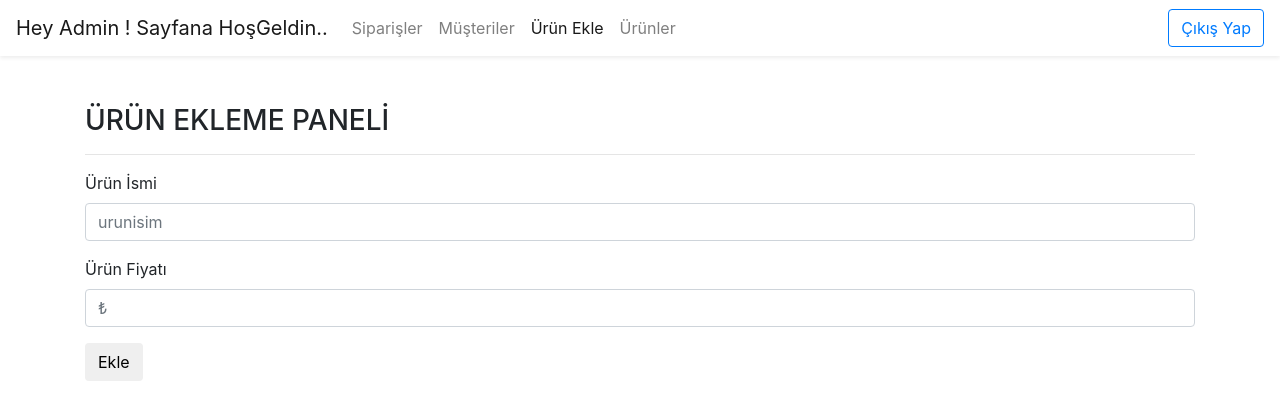
Repository: NergisAktug/E-Commerce-PythonWithFlask-Sqlite3
Page: http://localhost/urunEkle
These files come from the project's save history. The page is drawn as it stood at one moment and after the next save; the edit follows.
The browser window is 1280 px wide. The pictures show the whole page.
Some web libraries are served in a nearby version. The page is served by the project's application, run on Flask 3 (app.py).

Above is the page before, as saved 2018-12-08 15:36:39.

After the next save:
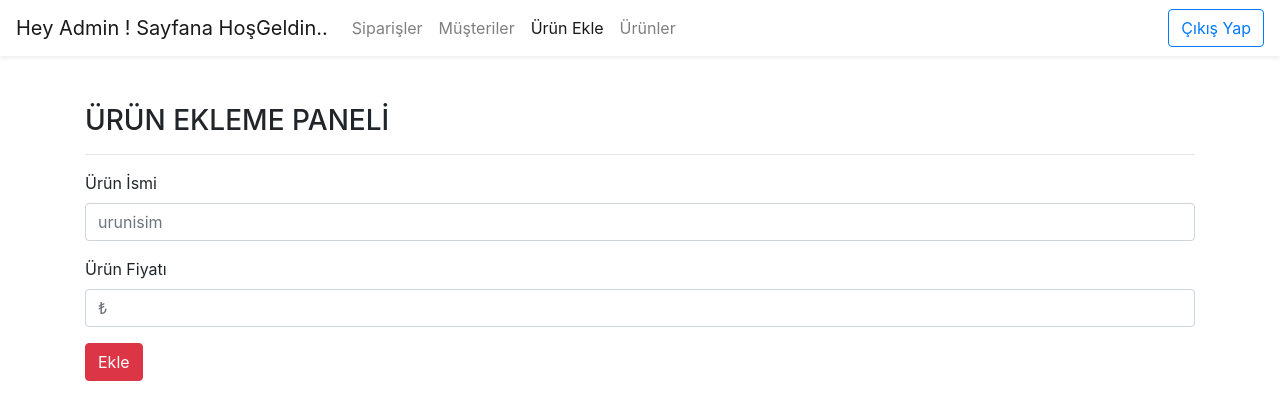
Saved 59 s later.
--- a/templates/urunEkle.html
+++ b/templates/urunEkle.html
@@ -52,7 +52,7 @@
               <label for="formGroupExampleInput2">Ürün Fiyatı</label>
               <input type="number" class="form-control" id="formGroupExampleInput2" placeholder="₺">
             </div>
-            <button type="submit" class="btn btn_danger">Ekle</button>
+            <a href="#" class="btn btn-danger">Ekle</a>
           </form>
   </div>
 
